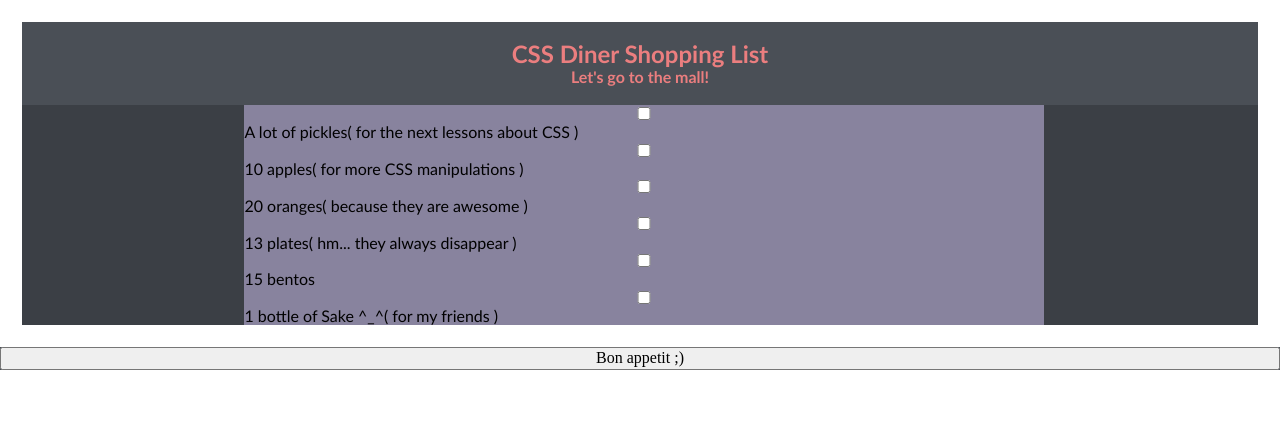
Repository: shpakovskaya/github.io
Page: selector css/shopping list/index.html
An editor plug-in stored every save of this project. The page is shown before and after the next save, followed by the edit.
The browser window is 1280 px wide. The pictures show the whole page.

Above is the page before, as saved 2021-10-25 21:11:46.

### selector css/shopping list/index.html
<!DOCTYPE html>
<html lang="en">
  <head>
    <meta charset="UTF-8" />
    <meta http-equiv="X-UA-Compatible" content="IE=edge" />
    <meta name="viewport" content="width=device-width, initial-scale=1.0" />
    <title>Shopping list</title>
    <link rel="shortcut icon" href="./favicon.ico" type="image/x-icon" />
    <link
      rel="stylesheet"
      href="https://cdnjs.cloudflare.com/ajax/libs/normalize/8.0.1/normalize.min.css"
      integrity="sha512-NhSC1YmyruXifcj/KFRWoC561YpHpc5Jtzgvbuzx5VozKpWvQ+4nXhPdFgmx8xqexRcpAglTj9sIBWINXa8x5w=="
      crossorigin="anonymous"
      referrerpolicy="no-referrer"
    />
    <link rel="stylesheet" href="./style.css" />
  </head>
  <body>
    <div class="container">
      <header class="header">
        <header class="header__wrapper">
          <br />
          <h2>CSS Diner Shopping List</h2>
          <h4>Let's go to the mall!</h4>
          <br />
        </header>
      </header>
      <div class="list">
        <form class="list__wrapper">
          <div>
            <input type="checkbox" id="pickles" name="pickles" />
            <label for="pickles">
              <span class="e-pickles">A lot of pickles</span></label
            >
          </div>
          <div>
            <input type="checkbox" id="apples" name="apples" />
            <label for="apples">
              <span class="e-apples">10 apples</span>
            </label>
          </div>
          <div>
            <input type="checkbox" id="oranges" name="oranges" />
            <label for="oranges"
              ><span class="e-oranges">20 oranges</span>
            </label>
          </div>
          <div>
            <input type="checkbox" id="plates" name="plates" />
            <label for="plates"><span class="e-plates">13 plates</span></label>
          </div>
          <div>
            <input type="checkbox" id="bentos" name="bentos" />
            <label for="bentos"><span class="e-bentos">15 bentos</span></label>
          </div>
          <div>
            <input type="checkbox" id="bottle" name="bottle" />
            <label for="bottle"
              ><span class="e-bottle">1 bottle of Sake ^_^</span></label
            >
          </div>
        </form>
      </div>
    </div>
  </body>
  <div>
    <footer class="footer">
      <input type="submit" value="Bon appetit ;)" />
    </footer>
  </div>
</html>

### selector css/shopping list/style.css
* {
  margin: 0;
  padding: 0;
  box-sizing: border-box;
  width: 100%;
  transition: all 0.1s ease-in;
}

.container {
  width: 100%;
  max-width: 1920px;
  height: 100%;
  box-sizing: border-box;
  background: #3b3f45;
  border: #ffff solid 22px;
  font-family: "Trebuchet MS", Arial, sans-serif;
}
.header__wrapper {
  width: 100%;
  height: 20%;
  color: #eb7e7f;
  background: #4a4f56;
  text-align: center;
}
.list__wrapper {
  box-sizing: border-box;
  width: 800px;
  background-color: #88839e;
  position: relative;
  left: 18%;
  display: block;
  justify-items: left;
}

.list__wrapper label {
  white-space: nowrap;
}

.e-pickles::after {
  content: "( for the next lessons about CSS )";
  font-size: 16px;
}

.e-apples::after {
  content: "( for more CSS manipulations )";
  font-size: 16px;
}

.e-oranges::after {
  content: "( because they are awesome )";
  font-size: 16px;
}

.e-plates::after {
  content: "( hm... they always disappear )";
  font-size: 16px;
}

.e-bottle::after {
  content: "( for my friends )";
  font-size: 16px;
}
.footer {
  background-color: #4a4f56;
}

After the next save:
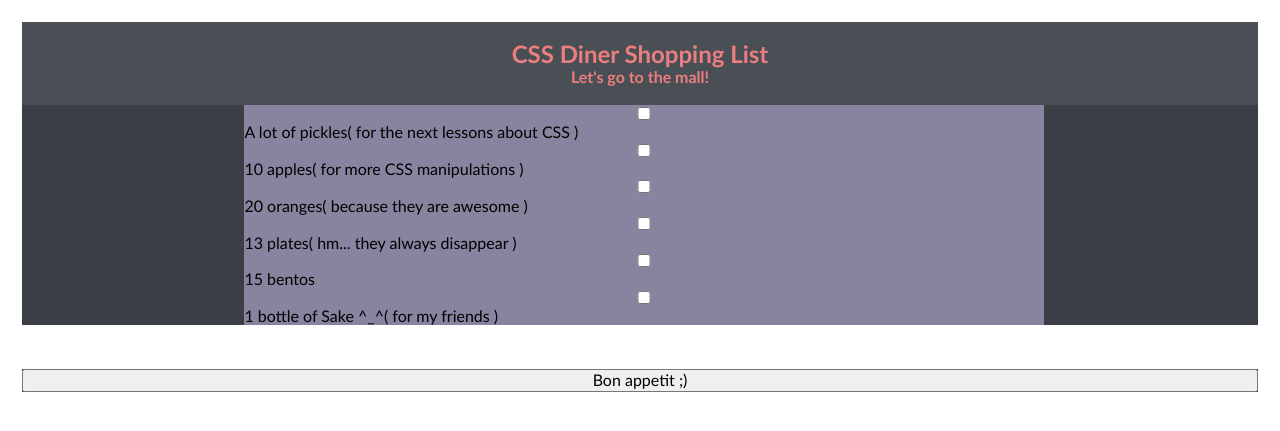
Saved 2 min 24 s later.
--- a/selector css/shopping list/style.css
+++ b/selector css/shopping list/style.css
@@ -61,5 +61,11 @@
   font-size: 16px;
 }
 .footer {
-  background-color: #4a4f56;
+  width: 100%;
+  max-width: 1920px;
+  height: 100%;
+  box-sizing: border-box;
+  background: #3b3f45;
+  border: #ffff solid 22px;
+  font-family: "Trebuchet MS", Arial, sans-serif;
 }

After the save that followed:
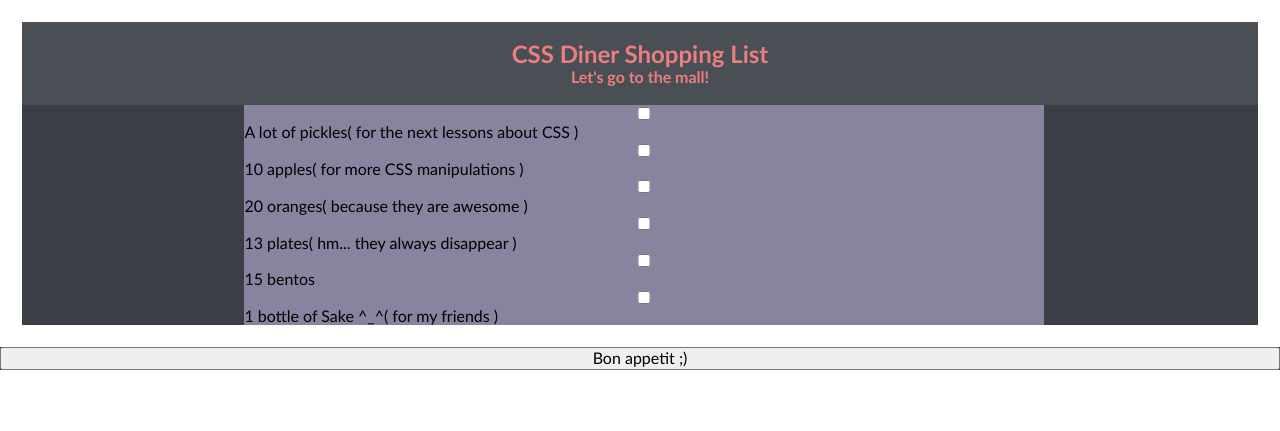
Saved 53 s later.
--- a/selector css/shopping list/style.css
+++ b/selector css/shopping list/style.css
@@ -66,6 +66,5 @@
   height: 100%;
   box-sizing: border-box;
   background: #3b3f45;
-  border: #ffff solid 22px;
   font-family: "Trebuchet MS", Arial, sans-serif;
 }
